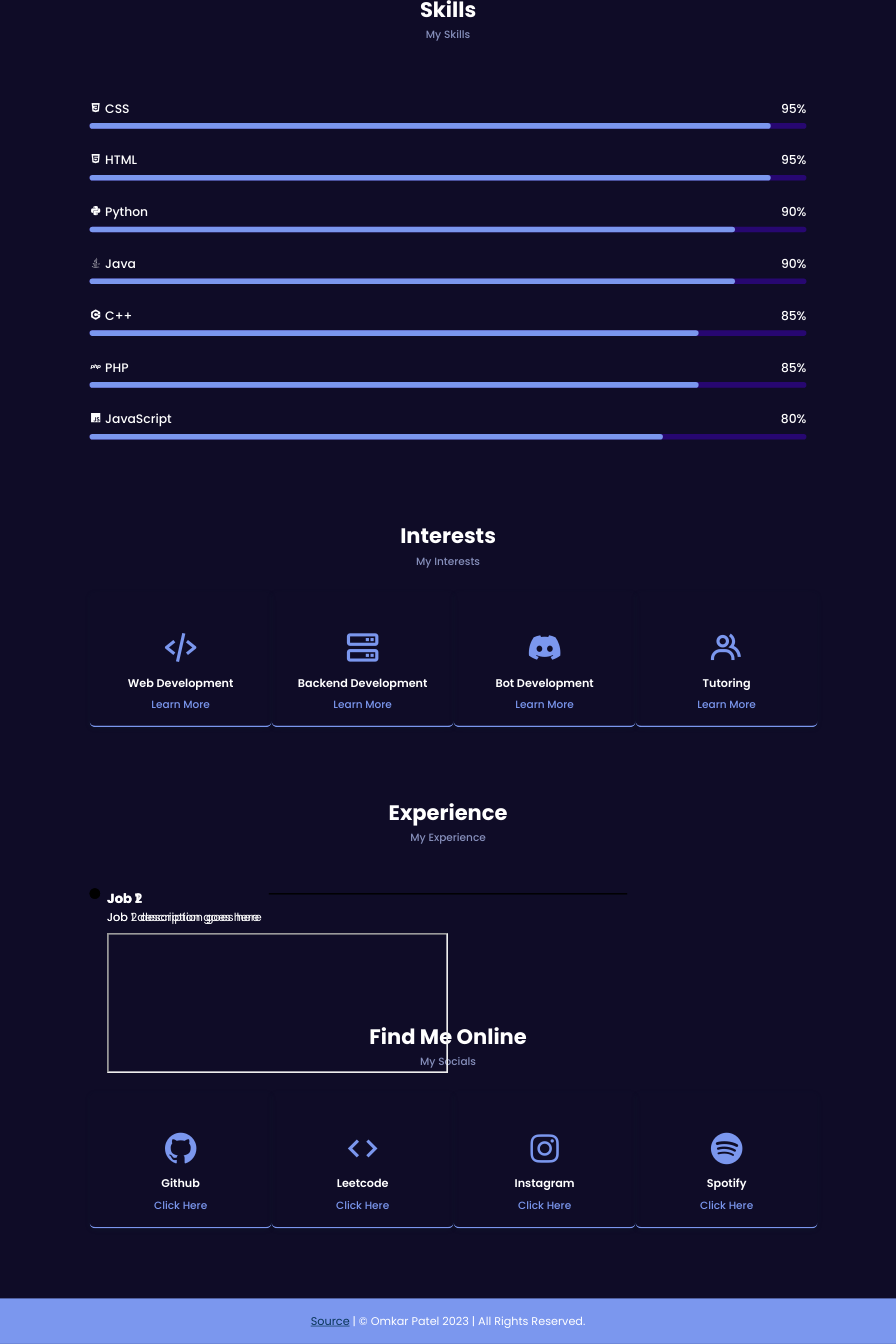
Repository: omkarxpatel/Omkar-Portfolio
Page: src/index.html
An editor plug-in stored every save of this project. The page is shown before and after the next save, followed by the edit.
The browser window is 1280 px wide. The pictures show the part of the page from y = 1327 to 3247 px (the page is 3247 px tall before and 3147 px after), at 70% of full size.
Pictures or frames that could not be fetched are drawn as grey boxes. A picture or video elsewhere on the page could not be fetched, so the positions and the page height are approximate.

Above is the page before, as saved 2023-03-26 13:11:24.

After the next save:
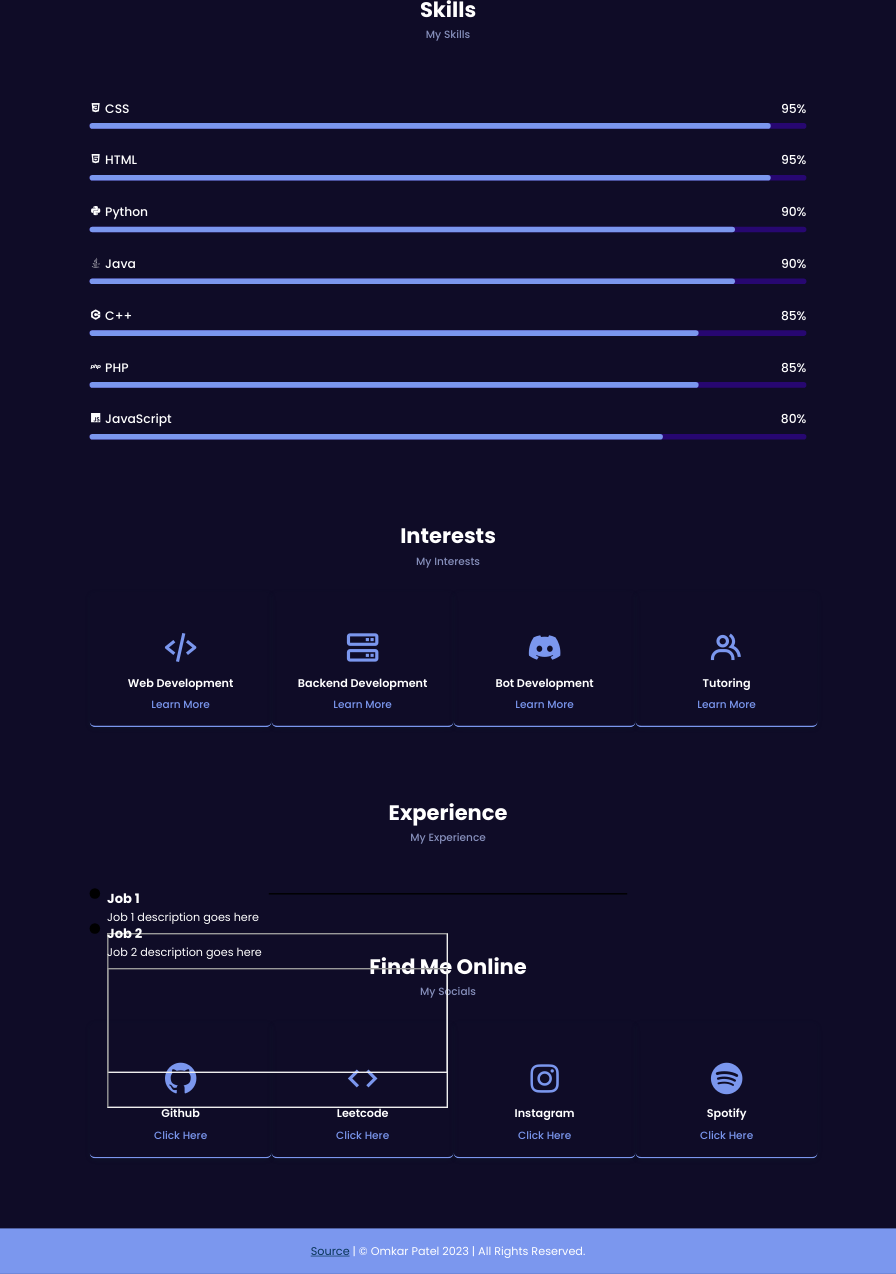
Saved 24 s later.
--- a/src/style.css
+++ b/src/style.css
@@ -591,18 +591,23 @@ form textarea {
   color: rgb(9, 53, 88);
   text-decoration: underline;
 }
-
 .timeline {
   position: relative;
   width: 100%;
-  height: 100px;
   margin-top: 50px;
 }
 
 .timeline-item {
   position: absolute;
+  width: 50%;
+}
+
+.timeline-item:nth-child(1) {
   top: 10px;
-  width: 50%;
+}
+
+.timeline-item:nth-child(2) {
+  top: 60px;
 }
 
 .timeline-dot {
